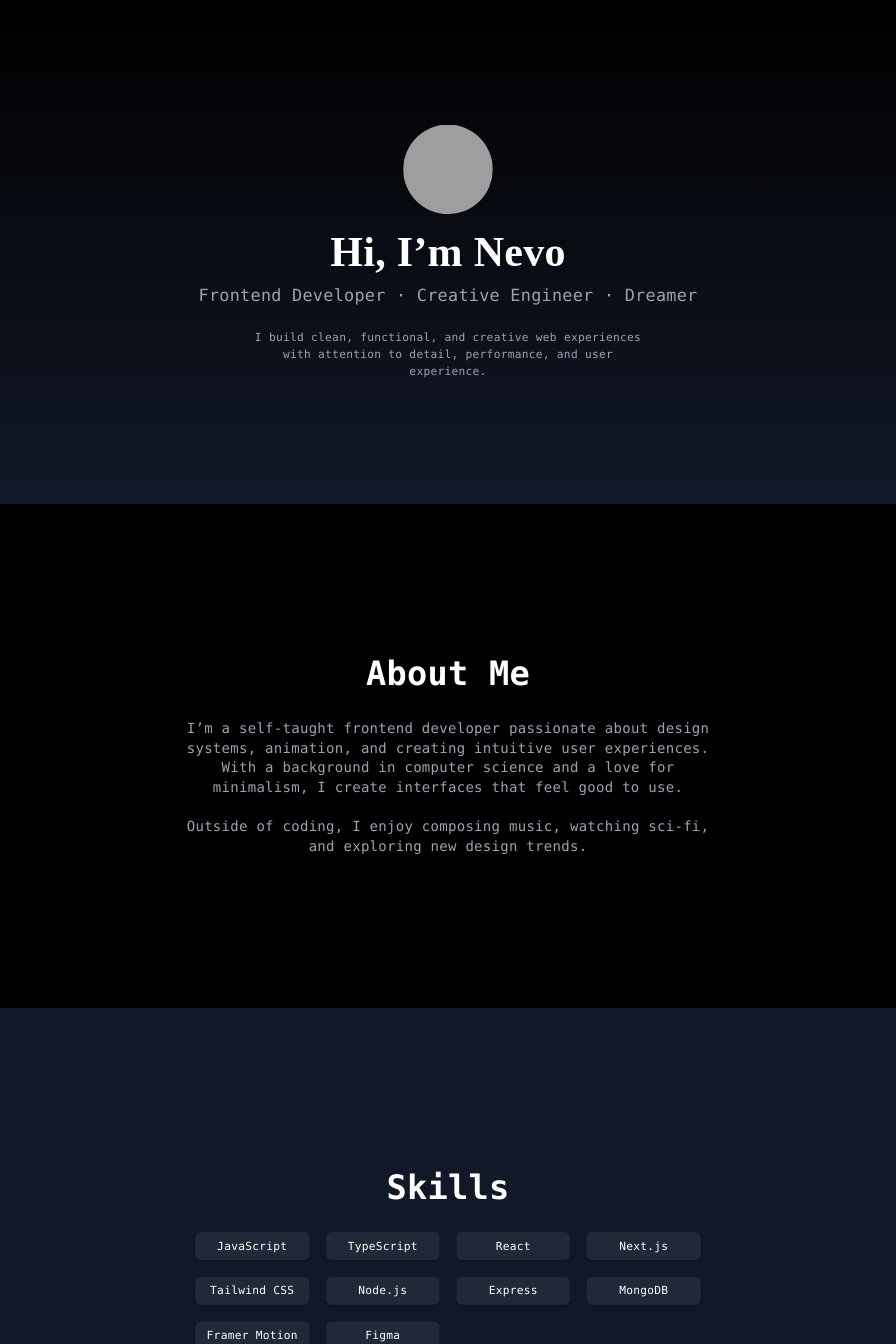
Repository: AnupriyaBiswas/Portfolio
Page: /
The author's editor kept a copy of each file at every save. The page is drawn from the files as they stood at one save, then again after the next save.
The browser window is 1280 px wide. The pictures show the part of the page from y = 0 to 1920 px (the page is 4348 px tall before and 4324 px after), at 70% of full size.
Pictures or frames that could not be fetched are drawn as grey boxes. The project was rebuilt for these pictures with package versions that can differ from the ones it lists, and the page was loaded fresh each time. The framework's server and built-in components were replaced by stand-ins that run in the browser. Also part of the build but not shown: next.config.js.

Above is the page before, as saved 2025-07-14 18:05:37.

After the next save:
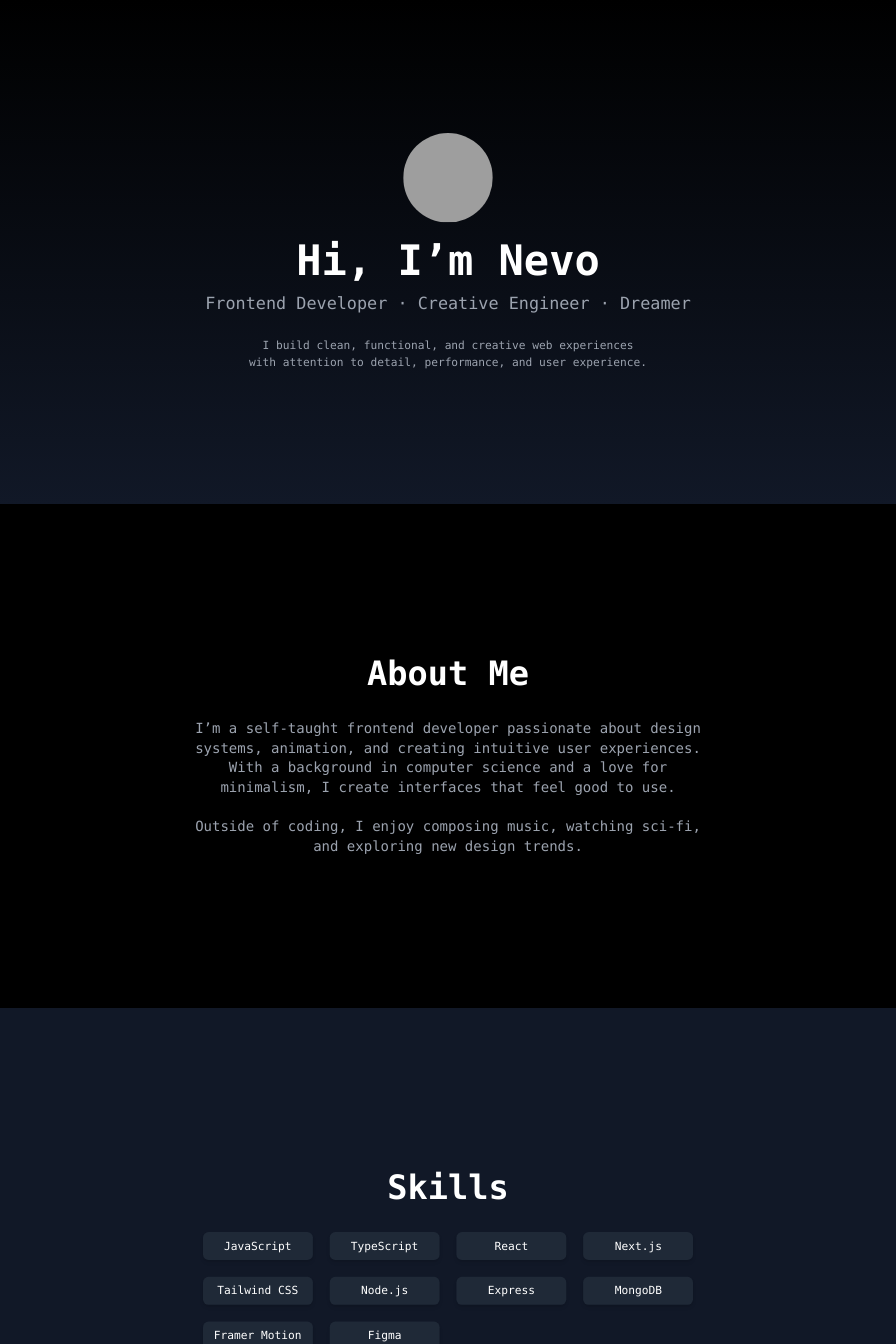
Saved 5 min 33 s later.
--- a/styles/globals.css
+++ b/styles/globals.css
@@ -1,38 +1,38 @@
+/* D:\Programs\Projects\portfolio\styles\globals.css */
+
 @tailwind base;
 @tailwind components;
 @tailwind utilities;
 
-
-@import url('https://fonts.googleapis.com/css2?family=Raleway:wght@100;200;300;400;500;600;700;800;900&display=swap');
-
-html {
+/* Custom font (like Nevo uses) */
+body {
+  font-family: 'Fira Code', monospace;
   scroll-behavior: smooth;
-  font-family: 'Raleway', sans-serif;
+  background-color: #000;
+  color: #fff;
 }
 
-@layer base {
-  body {
-    @apply font-sans text-white bg-black;
-    @apply bg-[#ecf0f3] text-[#1f2937] tracking-wide
-  }
+/* Scrollbar styling */
+::-webkit-scrollbar {
+  width: 8px;
+}
+::-webkit-scrollbar-thumb {
+  background-color: #444;
+  border-radius: 4px;
+}
+::-webkit-scrollbar-track {
+  background-color: #111;
+}
 
-  h1, h2, h3, h4, h5, h6 {
-    @apply font-bold
-  }
+/* Anchor hover underline */
+a {
+  transition: color 0.3s ease;
+}
+a:hover {
+  text-decoration: underline;
+}
 
-  h1 {
-    @apply text-4xl sm:text-5xl md:text-6xl font-[Raleway]
-  }
-
-  h2 {
-    @apply text-3xl sm:text-4xl
-  }
-
-  li {
-    @apply cursor-pointer
-  }
-
-  button {
-    @apply shadow-xl shadow-gray-400 rounded-xl uppercase bg-gradient-to-r from-[#5651e5] to-[#709dff] text-white
-  }
+/* Smooth section animation */
+section {
+  transition: opacity 0.5s ease, transform 0.5s ease;
 }
